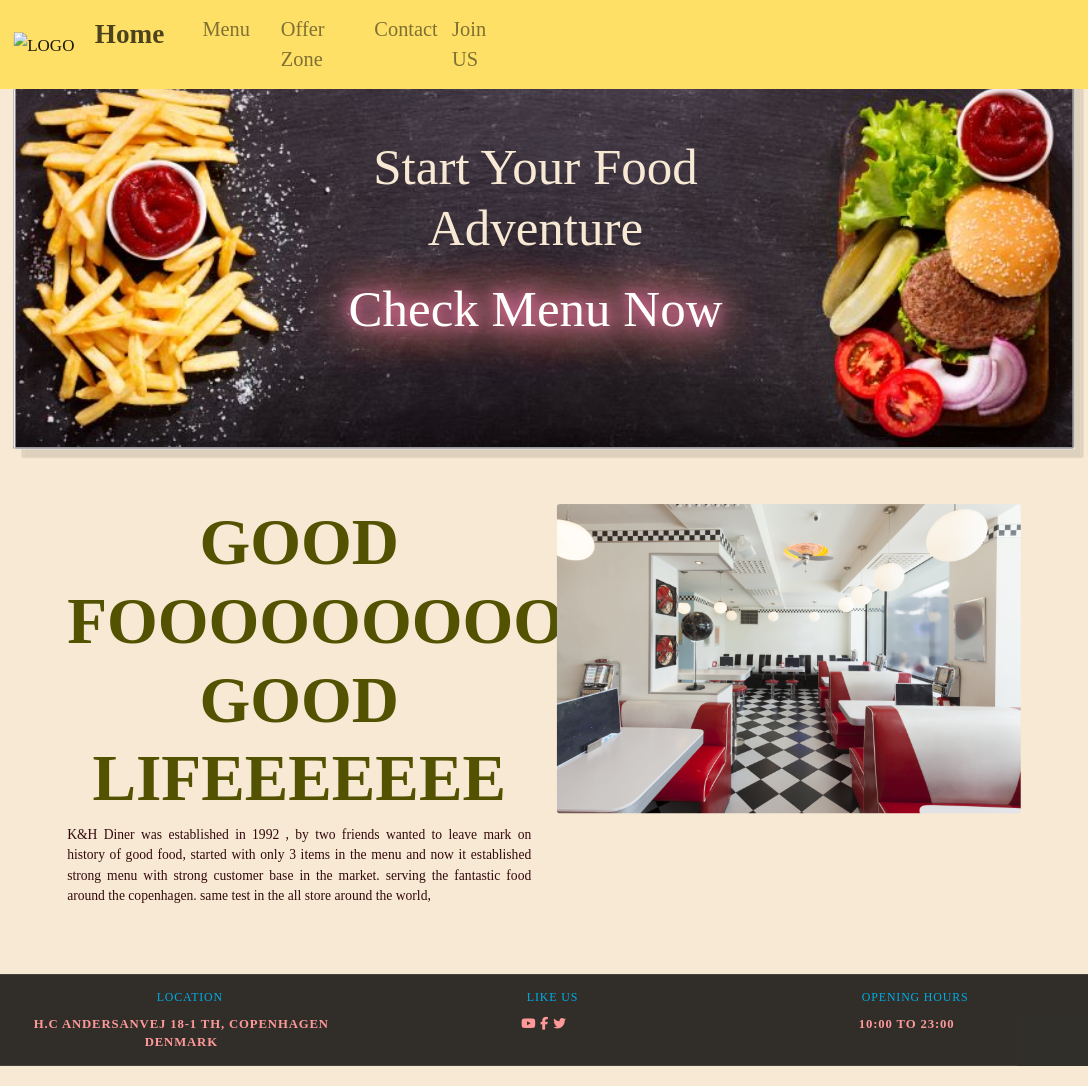
Repository: HMTRIVEDI/project-one
Page: index.html
The author's editor kept a record of every edit. The page is drawn from the files as they stood at one moment, then again after the next edit.
The browser window is 1280 px wide. The pictures show the whole page, at 85% of full size.
The pointer rests on the first visible `.nav-link`.
Some web fonts or font styles are not loaded; a fallback is used. Some web libraries are served in a nearby version.

Above is the page before.

After the next edit:
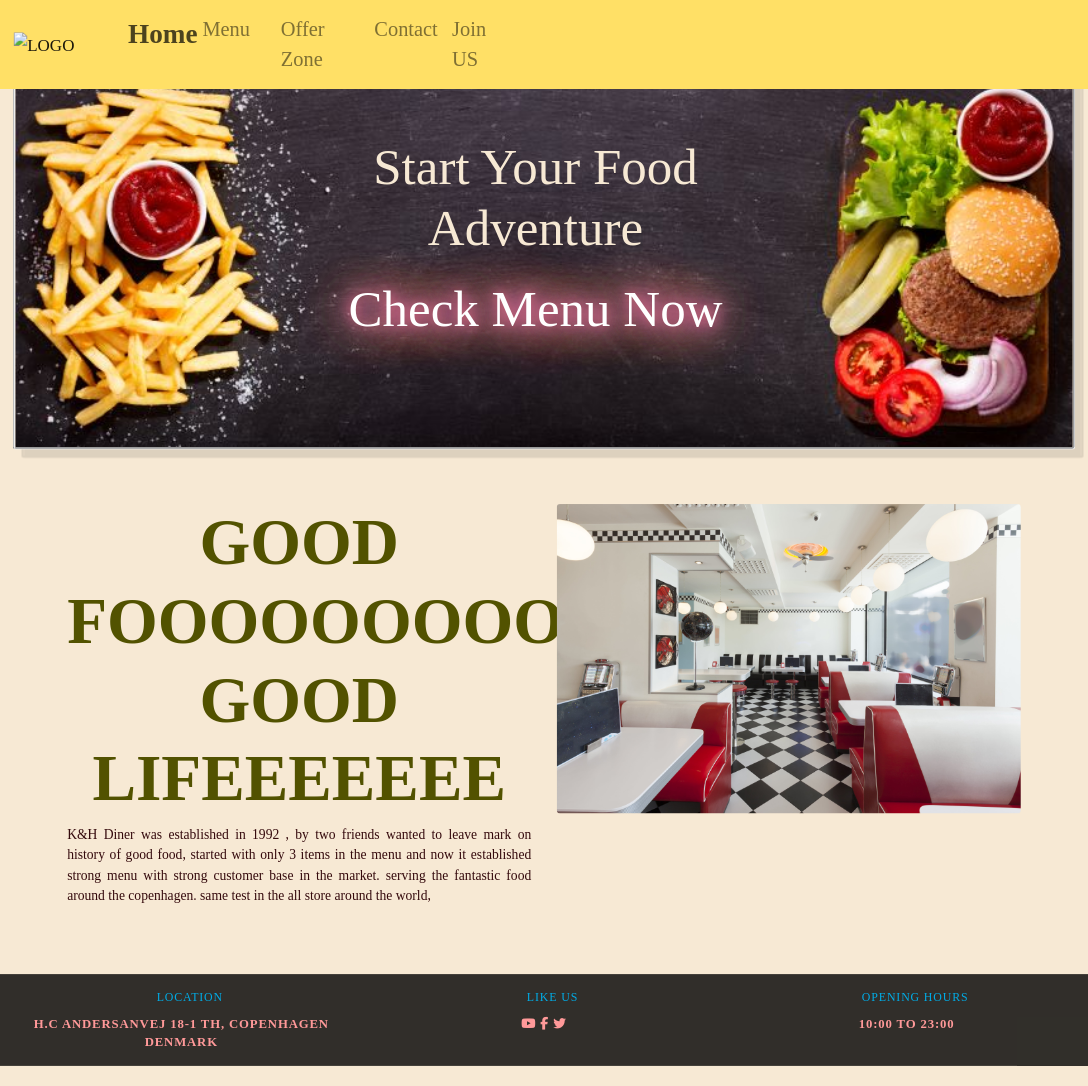
The edit:
--- a/assets/style.css
+++ b/assets/style.css
@@ -45,7 +45,7 @@
     transition: font size 1s;
 }
 
-.nav-link:hover {margin: 0px;
+.nav-link:hover {margin-left: 40%;
     font-weight: bolder;
     border-radius: 30px;
     font-size: 2.0rem;
